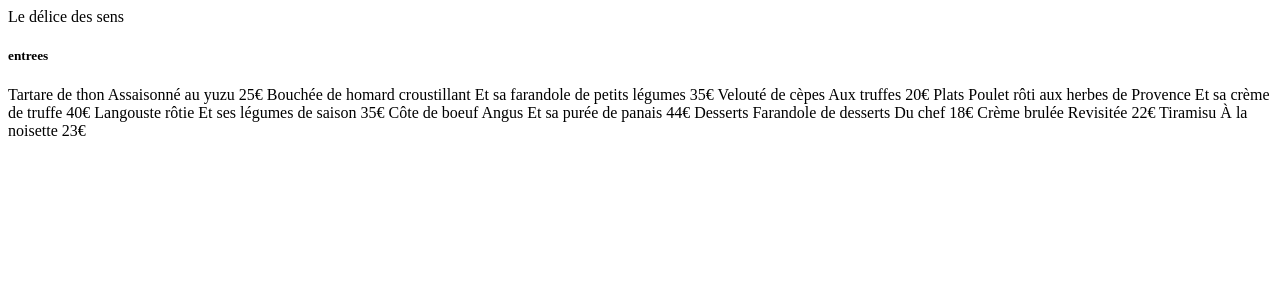
Repository: lysianebo/OHMYFOOD
Page: La_note_enchantée.html
The author's editor kept a copy of each file at every save. The page is drawn from the files as they stood at one save, then again after the next save.
The browser window is 1280 px wide. The pictures show the whole page.

Above is the page before, as saved 2022-10-22 13:04:35.

### La_note_enchantée.html
<!DOCTYPE html>
<html lang="en">
<head>
    <meta charset="UTF-8">
    <meta http-equiv="X-UA-Compatible" content="IE=edge">
    <meta name="viewport" content="width=device-width, initial-scale=1.0">
    <title>Document</title>
</head>
<body>
    Le délice des sens

 <h5>entrees</h5>
Tartare de thon
Assaisonné au yuzu
25€

Bouchée de homard croustillant
Et sa farandole de petits légumes
35€

Velouté de cèpes
Aux truffes
20€

Plats
Poulet rôti aux herbes de Provence
Et sa crème de truffe
40€

Langouste rôtie
Et ses légumes de saison
35€

Côte de boeuf Angus
Et sa purée de panais
44€

Desserts
Farandole de desserts
Du chef
18€

Crème brulée
Revisitée
22€

Tiramisu
À la noisette
23€

</body>
</html>

After the next save:
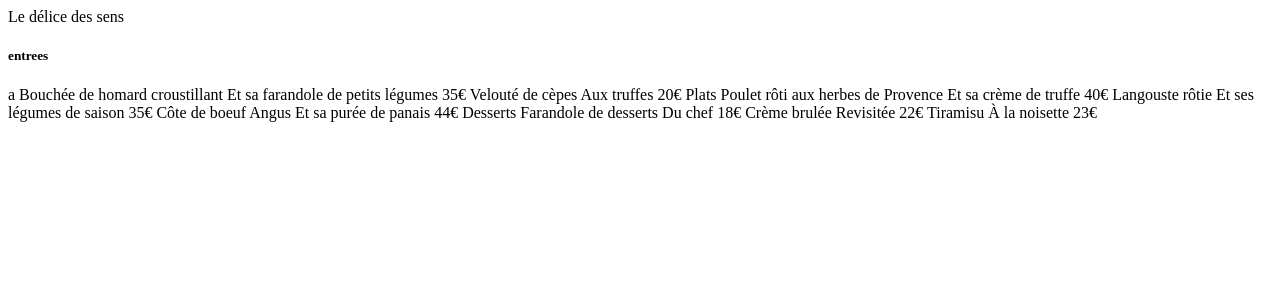
Saved 32 s later.
--- a/La_note_enchantée.html
+++ b/La_note_enchantée.html
@@ -10,9 +10,7 @@
     Le délice des sens
 
  <h5>entrees</h5>
-Tartare de thon
-Assaisonné au yuzu
-25€
+a
 
 Bouchée de homard croustillant
 Et sa farandole de petits légumes

After the save that followed:
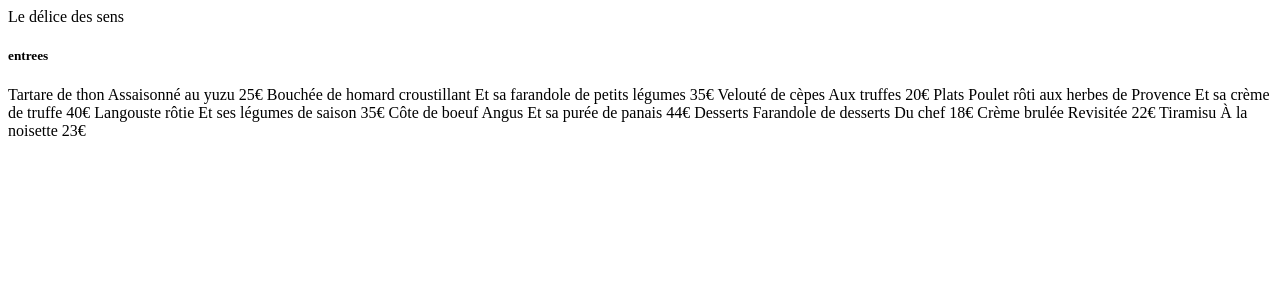
Saved 6 s later.
--- a/La_note_enchantée.html
+++ b/La_note_enchantée.html
@@ -10,7 +10,9 @@
     Le délice des sens
 
  <h5>entrees</h5>
-a
+Tartare de thon
+Assaisonné au yuzu
+25€
 
 Bouchée de homard croustillant
 Et sa farandole de petits légumes
